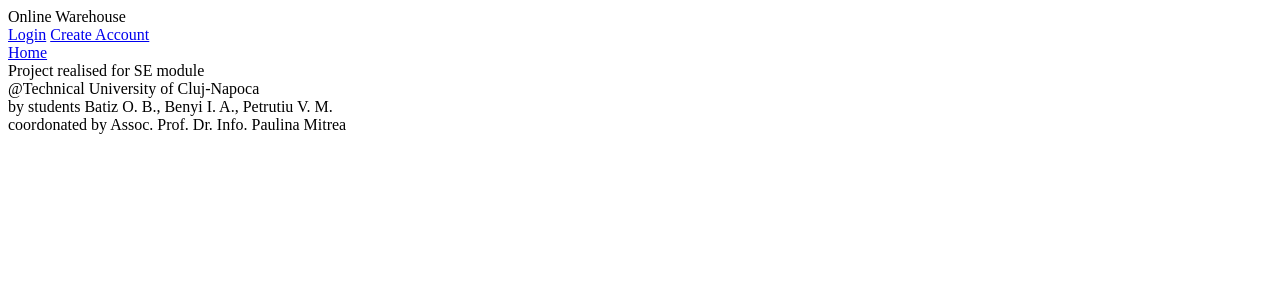
Repository: orsi-batiz/SEwithJSP
Page: http://localhost/OnlineWarehouse/login.jsp
These files come from the project's save history. The page is drawn as it stood at one moment and after the next save; the edit follows.
The browser window is 1280 px wide. The pictures show the whole page.
The page is served by Tomcat 9.

Above is the page before, as saved 2019-01-16 15:18:36.

After the next save:
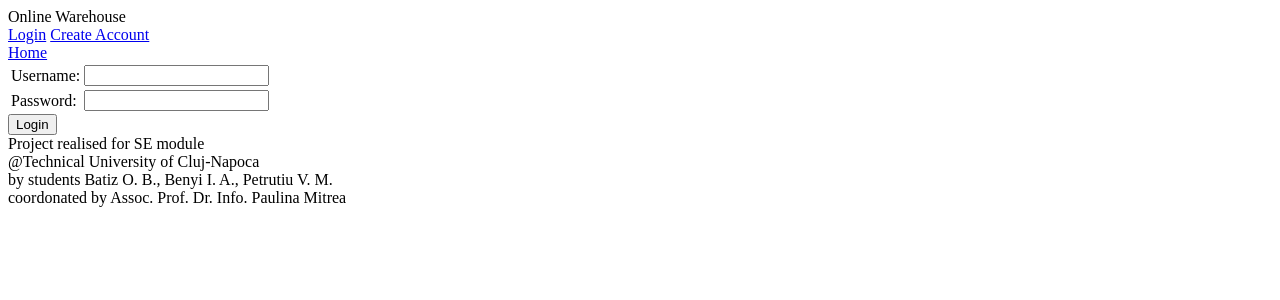
Saved 99 s later.
--- a/OnlineWarehouse/OnlineWarehouse/WebContent/login.jsp
+++ b/OnlineWarehouse/OnlineWarehouse/WebContent/login.jsp
@@ -9,7 +9,18 @@
 <body>
 <jsp:include page="header.jsp" />
 <jsp:include page="menu.jsp" />
-
+<form action="createAccountServlet" method="post">
+			<table style="with: 50%">
+				<tr>
+					<td>Username: </td>
+					<td><input type="text" name="username" /></td>
+				</tr>
+				<tr>
+					<td>Password: </td>
+					<td><input type="password" name="password" /></td>
+				</tr>
+				</table>
+				<input type="submit" value="Login" /></form>
 <jsp:include page="footer.jsp" />
 </body>
 </html>
